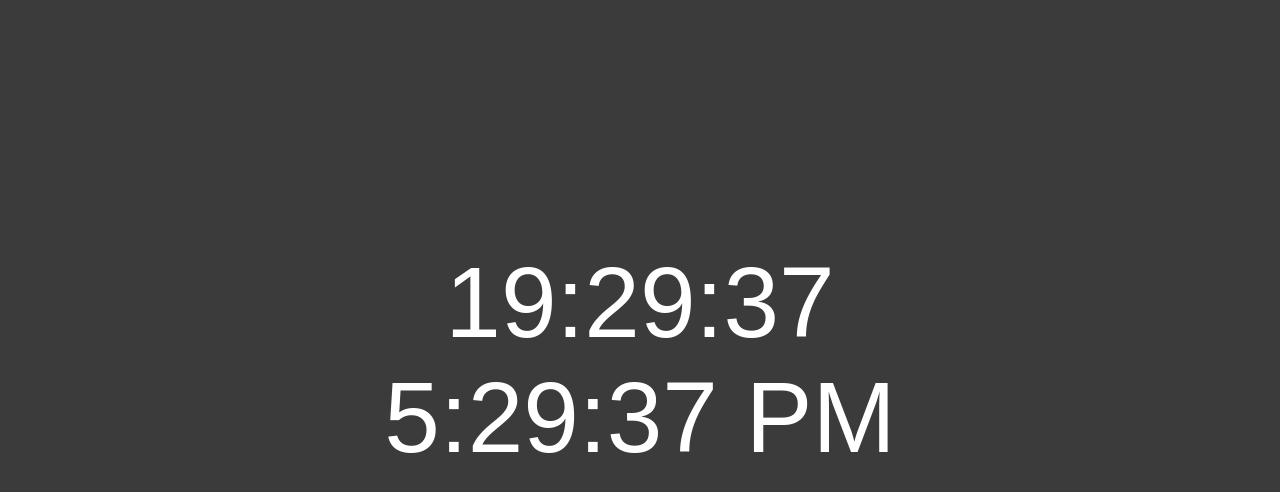
Repository: ThibautCptr/flip_clock
Page: index.html
The author's editor kept a copy of each file at every save. The page is drawn from the files as they stood at one save, then again after the next save.
The browser window is 1280 px wide. The pictures show the whole page.

Above is the page before, as saved 2024-09-18 17:54:06.

### index.html
<!DOCTYPE html>
<html lang="fr">
<head>
    <meta charset="UTF-8">
    <meta name="viewport" content="width=device-width, initial-scale=1.0">
    <script src="https://code.jquery.com/jquery-3.7.1.js" integrity="sha256-eKhayi8LEQwp4NKxN+CfCh+3qOVUtJn3QNZ0TciWLP4=" crossorigin="anonymous"></script>

    <script src="./js/moment.js""></script>
    <script src="./js/moment_tz.js""></script>

    <script src="./js/script.js"></script>
    <link rel="stylesheet" href="./css/style.css">
</head>
<body>
    <div id="clock"></div>
    <div id="clock_2"></div>
</body>
</html>

### js/script.js
$(document).ready(function() {
    setInterval(function() {
        let date = moment();
        $('#clock').text(date.tz('Europe/Paris').format('H:mm:ss'));

        date = new Date();
        $('#clock_2').text(date.toLocaleTimeString());

    },10);
});

### css/style.css
html {
    background-color: #3b3b3b;
    font-family: Arial, sans-serif;
    margin: 0;
    padding: 0;
    display: flex;
    justify-content: center;
    align-items: center;
    align-content: center;
    height: 100%;
}

#clock, #clock_2 {
    color: #fff;
    font-size: 100px;
    text-align: center;
}

Loaded but not shown: js/moment.js (library); js/moment_tz.js (common file)

After the next save:
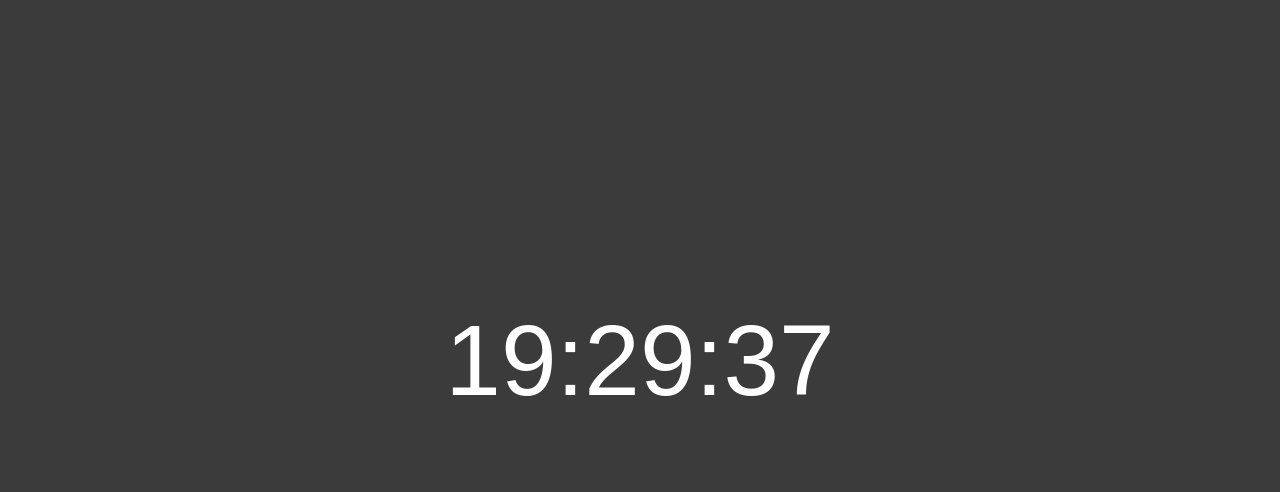
Saved 7 s later.
--- a/js/script.js
+++ b/js/script.js
@@ -3,8 +3,5 @@
         let date = moment();
         $('#clock').text(date.tz('Europe/Paris').format('H:mm:ss'));
 
-        date = new Date();
-        $('#clock_2').text(date.toLocaleTimeString());
-
     },10);
 });
